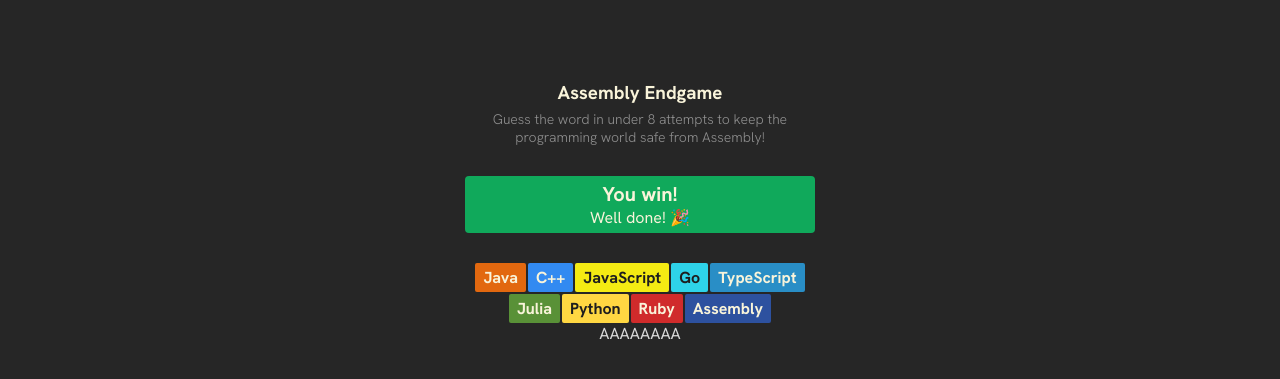
Repository: AchrafAzzaoui/AssemblyEndgame
Page: / (app in assembly-endgame/)
The author's editor kept a copy of each file at every save. The page is drawn from the files as they stood at one save, then again after the next save.
The browser window is 1280 px wide. The pictures show the whole page.
The project was rebuilt for these pictures with package versions that can differ from the ones it lists, and the page was loaded fresh each time. Also part of the build but not shown: assembly-endgame/vite.config.js.

Above is the page before, as saved 2024-12-25 14:52:07.

After the next save:
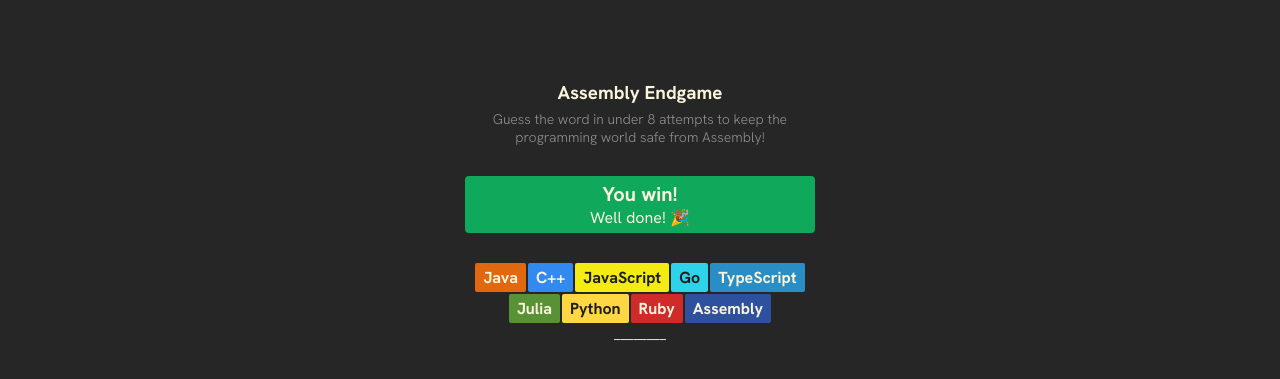
Saved 28 s later.
--- a/assembly-endgame/src/components/WordDisplay.jsx
+++ b/assembly-endgame/src/components/WordDisplay.jsx
@@ -11,7 +11,7 @@
   const letterTiles = correctWordLetters.map((letter, index) => {
     return (
       <span className="letter-tile" key={index}>
-        {currWordLetters[index] || "A"}
+        {currWordLetters[index] || "_"}
       </span>
     );
   });
